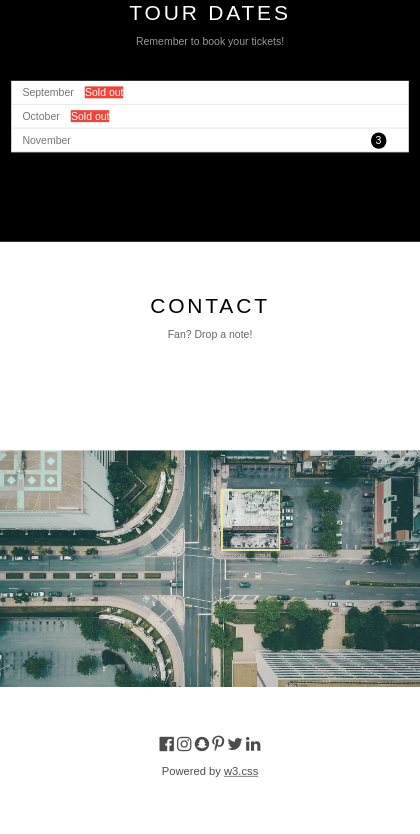
Repository: nguyenhoang2002062929/band
Page: index.html
An editor plug-in stored every save of this project. The page is shown before and after the next save, followed by the edit.
The browser window is 600 px wide. The pictures show the part of the page from y = 2138 to 4378 px (the page is 3330 px tall before and 5237 px after), at 70% of full size.

Above is the page before, as saved 2023-06-09 22:51:37.

### index.html
<!DOCTYPE html>
<html lang="en">
<head>
    <meta charset="UTF-8">
    <meta http-equiv="X-UA-Compatible" content="IE=edge">
    <meta name="viewport" content="width=device-width, initial-scale=1.0">
    <title>The Band</title>
    <link rel="stylesheet" href="assets/css/style.css">
    <link rel="stylesheet" href="https://cdnjs.cloudflare.com/ajax/libs/font-awesome/4.7.0/css/font-awesome.min.css">
</head>
<body>
    <div class="main">
        <div class="header">
              <!-- pc -->
            <ul class="nav">
                <li><a href="#">HOME</a></li>
                <li><a href="#band">BAND</a></li>
                <li><a href="#tour">TOUR</a></li>
                <li><a href="#contact">CONTACT</a></li>
                <li>
                    <a href="" >MORE <i class="fa fa-caret-down"></i></a>
                    <ul class="subnav">
                        <li><a href="">Merchandise</a></li>
                        <li><a href="">Extras</a></li>
                        <li><a href="">Media</a></li>
                    </ul>
                </li>
            </ul>
            <!-- mobile -->
            <div class="bars">
                <i class="fa fa-bars"></i>
            </div>

            <div class="search">
                <a href=""><i class="fa fa-search"></i></a>
            </div>
        </div>

        <div class="slider">
            <div class="text-content">
                <h2 class="text-heading">New York</h2>
                <p class="text-description">The atmosphere in New York is lorem ipsum.</p>
            </div>
        </div>

        <!-- content -->
        <div class="content">
            <!-- band -->
            <div id="band" class="about">
                <div class="content-section">
                    <h2 class="section-heading">THE BAND</h2>
                    <p class="section-sub-heading">We love music</p>
                    <p class="section-text">We have created a fictional band website. Lorem ipsum dolor sit amet, consectetur adipiscing elit, sed do eiusmod tempor incididunt ut labore et dolore magna aliqua. Ut enim ad minim veniam, quis nostrud exercitation ullamco laboris nisi ut aliquip ex ea commodo consequat. Duis aute irure dolor in reprehenderit in voluptate velit esse cillum dolore eu fugiat nulla pariatur. Excepteur sint occaecat cupidatat non proident, sunt in culpa qui officia deserunt mollit anim id est laborum consectetur adipiscing elit, sed do eiusmod tempor incididunt ut labore et dolore magna aliqua. Ut enim ad minim veniam, quis nostrud exercitation ullamco laboris nisi ut aliquip ex ea commodo consequat.</p>
                </div>
                <div class="content-member">
                    <div class="member">
                        <div class="member-text">
                            <p>Name</p>
                        </div>
                        <div class="member-img">
                            <img src="./assets/img/member/bandmember.jpg" alt="">
                        </div>
                    </div>
                    <div class="member">
                        <div class="member-text">
                            <p>Name</p>
                        </div>
                        <div class="member-img">
                            <img src="./assets/img/member/bandmember.jpg" alt="">
                        </div>
                    </div>
                    <div class="member">
                        <div class="member-text">
                            <p>Name</p>
                        </div>
                        <div class="member-img">
                            <img src="./assets/img/member/bandmember.jpg" alt="">
                        </div>
                    </div>
                </div>
            </div>

            <!-- tour -->
            <div id="tour" class="tour">
                <div class="tour-section">
                    <div class="content-section text-while ">
                        <h2 class="section-heading ">TOUR DATES</h2>
                        <p class="section-sub-heading">Remember to book your tickets!</p>
                    </div>
                    <br>

                    <ul class="tickets">
                        <li>September<span class="sold-out">Sold out</span></li>
                        <li>October<span class="sold-out">Sold out</span></li>
                        <li>November<span class="quantity">3</span></li>
                    </ul>

                    <div class="row tour-places ">
                        <div class="column places">
                            <img src="assets/img/places/newyork.jpg" alt="">
                            <div class="places-content">
                                <p class="name">New York</p>
                                <p class="date">Fri 27 Nov 2016</p>
                                <p class="describe">Praesent tincidunt sed tellus ut rutrum sed vitae justo.</p>
                                <button class="js-by-modal">Buy Tickets</button>
                            </div>

                        </div>
                        <div class="column places">
                            <img src="assets/img/places/paris.jpg" alt="">
                            <div class="places-content">
                                <p class="name">Paris</p>
                                <p class="date">Sat 28 Nov 2016</p>
                                <p class="describe">Praesent tincidunt sed tellus ut rutrum sed vitae justo.</p>
                                <button class="js-by-modal">Buy Tickets</button></div>

                        </div>
                        <div class=" column places">
                            <img src="assets/img/places/sanfran.jpg" alt="">
                            <div class="places-content">
                                <p class="name">San Francisco</p>
                                <p class="date">Sun 29 Nov 2016</p>
                                <p class="describe">Praesent tincidunt sed tellus ut rutrum sed vitae justo.</p>
                                <button class="js-by-modal">Buy Tickets</button>
                            </div>

                        </div>
                    </div>
                </div>

            </div>
            <!-- contact -->
            <div id="contact" class="about">
                <div class="content-section">
                    <h2 class="section-heading">CONTACT</h2>
                    <p class="section-sub-heading">Fan? Drop a note!</p>
                </div>
                <div class="row contact">
                    <div class="column column-half contact-left">
                        <p><i class="fa fa-map-marker contact-icon"></i>Chicago, US</p>
                        <p><i class="fa fa-phone contact-icon"></i>Phone: +00 151515</p>
                        <p><i class="fa fa-envelope contact-icon"></i>Email: mail@mail.com</p>
                    </div>
                    <div class="column column-half">
                        <form action="">
                            <div class="row">
                                <div class="column conlumn-half ">
                                    <input class="contact-right-inp" type="text" required placeholder="Name">
                                </div>
                                <div class="column conlumn-half ">
                                    <input class="contact-right-inp" type="email" required placeholder="Email">
                                </div>
                            </div>
                            <div class="row">
                                <div class="column colum-full mg-8">
                                    <input class="contact-right-inp" type="text" required placeholder="Message">
                                </div>
                            </div>
                            <button class="btn-send">SEND</button>
                        </form>
                    </div>
                </div>
            </div>
            <div class="map">
                <img src="assets/img/map.jpg" alt="map">
            </div>

        </div>

        <div class="footer">
            <div class="socials">
                <a href=""><i class="fa fa-facebook-official"></i></a>
                <a href=""><i class="fa fa-instagram"></i></a>
                <a href=""><i class="fa fa-snapchat"></i></a>
                <a href=""><i class="fa fa-pinterest-p"></i></a>
                <a href=""><i class="fa fa-twitter"></i></a>
                <a href=""><i class="fa fa-linkedin"></i></a>
            </div>
            <p class="copyright">Powered by <a href="">w3.css</a></p>
        </div>
    </div>
    <div class="modal js-modal">
        <div class="modal-content js-modal-content">
            <div class="modal-header">
                <span class="modal-close js-closeModal">x</span>
                <h2 ><i class="fa fa-suitcase w3-margin-right"></i> Tickets</h2>
            </div>
            <div class="modal-boby">
                <label for="many">
                    <i class="fa fa-shopping-cart"></i>
                    Tickets, $15 per person
                </label>
                <input id="many" type="text" placeholder="How many?" >
                <label for="modal-email">
                    <i class="fa fa-user"></i>
                    Send To
                </label>
                <input id="modal-email" type="text" placeholder="Enter email">
                <button class="pay">PAY <i class="fa fa-check"></i></button>
            </div>
            <div class="modal-footer">
                <p>Need <a href="">help?</a></p>
            </div>
        </div>
    </div>

    <script>
        const buyBtns = document.querySelectorAll('.js-by-modal')
        const modal = document.querySelector('.js-modal')
        const closeModal = document.querySelector('.js-closeModal')
        const modalContent = document.querySelector('.js-modal-content')


        function showBuyTickets (){
            modal.classList.add('open')
        }
        function hideBuyTickes(){
            modal.classList.remove('open')
        }

        for(const buyBtn of buyBtns){
            buyBtn.addEventListener('click', showBuyTickets)
        }

        closeModal.addEventListener('click', hideBuyTickes)

        modal.addEventListener('click',hideBuyTickes)

        modalContent.addEventListener('click', function(envent){
            envent.stopPropagation()
        })
    </script>
</body>
</html>

### assets/css/style.css
*{
    margin: 0;
    padding: 0;
    box-sizing: border-box;
}
html{
    font-family: Arial, Helvetica, sans-serif;
    scroll-behavior: smooth;
}
.text-while{
    color: #fff !important;
}
.mg-8{
    margin-top: 8px;
}
.row{
    display: flex;
    margin-left: -8px;
    margin-right: -8px;
}
/* .row::after{
    content: "";
    display: block;
    clear: both;
} */
.column{
    padding: 0 8px;
}
.colum-full{
    width: 100%;
}
.column-half{
    width: 50%;
}
.column-three{
    width: 33.3333%;
}
.header{
    z-index: 1;
    position: fixed;
    width: 100%;
    height: 46px;
    background-color: #000;
    top: 0;
    left: 0;
    right: 0;
}
.nav {
    display: inline-block;
   line-height: 46px;
}
.header .nav > li > a{
    text-decoration: none;
    padding: 0px 24px;
    color: #fff;
    font-size: 15px;
}
.header .nav > li{
    display: inline-block;
    position: relative;
}
.header .nav > li:hover > a{
    display: block;
    color: #000;
    background-color: #ccc;
}
.header .nav .subnav{
    position: absolute;
    display: none;
    background-color: #fff;
    box-shadow: 0 0 10px rgba(0, 0, 0, 0.3) ;
}
.subnav li{
      min-width: 160px;
      list-style-type: none;
}
.nav > li:hover > .subnav{
    display: block;
}
.subnav li:hover a{
    color: #000;
    background-color: #ccc;
}
.subnav a{
    display: block;
    text-decoration: none;
    color: #000;
    padding: 0px 24px;
}
.search{
float: right;
padding: 0 24px;
line-height: 46px;
cursor: pointer;
}
.search a{
    color: rgb(255, 255, 255);
    font-size: 15px;
}
.search:hover{
    color: rgb(255, 255, 255);
    background-color: #f44336!important;
}

.slider{
    width: 100%;
    position: relative;
    margin-top: 46px;
    padding-top: 50%;
    background: url('../img/slider/slider2.jpg') center top / cover no-repeat;
}
.slider .text-content{
    position: absolute;
    color: #ccc;
    bottom: 0;
    left: 50%;
    transform: translateX(-50%);
    text-align: center;
    padding: 32px 16px;
}
.text-content .text-heading{
    font-size: 24px;
    margin-top: 10px;
    font-weight: 200;
}
.text-content .text-description{
    font-size: 15px;
    margin: 15px 0;
}
.about{
    width: 768px;
   margin-right: auto;
    margin-left: auto;
    padding-bottom: 64px;
}
.content-section{
    text-align: center;
    padding-top: 64px;
    padding-bottom: 15px;
}
.content-section .section-heading{
    font-size: 30px;
    font-weight: 300;
    letter-spacing: 4px;
    margin: 10px;
}
.content-section .section-sub-heading{
    font-size: 15px;
    font-weight: initial;
    margin: 15px;
    opacity: 0.6;
}
.content-section .section-text{
    font-size: 15px;
    text-align: justify;
    line-height: 1.4;
}
.content-member{
    display: flex;
    text-align: center;
    align-items: center;
    padding: 32px 0;
}
.member-text{
    font-size: 15px;
    margin: 15px 0;
}
.member-img img{
    width: 153px;
    border-radius: 4px;
}
 .member{

    width: 33.333%;
}
.tour{
     background-color: #000;
}
.tour-section{
    width: 768px;
    margin-right: auto;
    margin-left: auto;
    padding-bottom: 64px;
}
.tickets{
    background-color: #fff;
}
.tickets li{
    border-bottom: 1px solid #ddd;
    padding: 8px 16px;
    font-size: 15px;
    color: rgb(117, 117, 117);
    list-style-type: none;
}
.tickets .sold-out{
    color: #fff;
    background-color: #f44336;
    margin: 16px;
    padding: opx 8px;
}
.tickets .quantity{
    float:right;
    height: 22.5px;
    width: 22.5px;
    margin-right: 16px;
    border-radius: 50%;
    background-color: #000;
    color: #fff;
    text-align: center;
    line-height: 22.5px;
    margin-top: -2px;
}
.tour-places{
    padding: 32px 0px;
}
.tour-places .places{
    width: 33.3333%;
}
.places .name{
    font-size: 15px;
}
.places img{
    width: 100%;
    display: block;
}
.places img:hover{
    opacity: 0.6;
}
.places-content{
    background-color: #fff;
    padding-left: 16px;
    font-size: 15px;
}
.places-content .name{
    padding-top: 15px;
    font-weight: 700;
}
.places-content .date{
    padding-top: 15px;
    opacity: 0.7;
}
.places-content .describe{
    margin: 15px 0;
    line-height: 1.4;
}
.places-content button{
    padding: 8px 16px;
    font-size: 15px;
    color: #fff;
    background-color: #000;
    border: none;
    margin-bottom:16px ;
}
.places-content button:hover{
    color: #000;
    background-color: #ccc;
}
.modal{
    position: fixed;
    display: none;
    background: rgba(0, 0, 0, 0.4);
    top: 0;
    left: 0;
    bottom: 0;
    right: 0;
    z-index: 2;
    align-items: center;
    justify-content: center;
}
.modal.open{
    display: flex;
}
.modal-content{
    position: absolute;
    width: 868px;
    max-width: calc(100% - 40px);
    min-height: 342px;
    background-color: #fff;
    animation: ModalFadeIn ease 0.5s;
}
.modal-header{
    width: 100%;
    padding: 32px 16px;
    background-color: rgb(0, 150, 136);
    color: #fff;
    text-align: center;
}
.modal-header h2{
    font-size: 30px;
    margin: 10px 0px;
    font-weight: 400;
    letter-spacing: 3px;
    margin-left: 16px;
}
.modal-header .modal-close{
    position: absolute;
    color: #fff;
    font-size: 24px;
    right: 0;
    top: 0;
    padding: 8px 16px;
}
.modal-header .modal-close:hover{
    color: #000;
    background-color: #ccc;
}
.modal-boby{
    padding: 0px 16px;

}
.modal label{
    display: block;
    margin: 15px 0px 8px;
    font-size: 15px;
}
.modal input{
    width: 100%;
    padding: 8px;
    border: 1px solid #ccc;
    display: block;
    font-size: 15px;
}
.modal button{
    display: block;
    width: 100%;
    padding: 16px;
    margin: 16px 0;
    border: none;
    background-color: rgb(0, 150, 136);
    color: #fff;
}
.modal button:hover{
    color: #000;
    background-color: #ccc;
}
.modal-footer p{
    float: right;
    margin: 15px 16px   ;
}
.modal-footer p a{
    color: rgb(33, 150, 243);
}
@keyframes ModalFadeIn{
    from{
        opacity: 0;
        transform: translateY(-200px);
    }
    to{
        opacity: 1;
        transform: translateY(0);
    }
}

/* contact */
.contact{
    padding: 32px 0px;

}
.contact-left{
    font-size: 18px;
    line-height: 1.5;
}
.contact-icon{
    display: block;
    width: 35px;
}
.contact-right-inp{
    padding: 10px;
    border: 1 solid #ccc;
    width: 100%;
    display: block;
}
.btn-send{
    float: right;
    padding: 10px 16px;
    border: none;
    background-color: #000;
    color: #fff;
    margin-top: 16px;
    cursor: pointer;
}
.btn-send:hover{
    color: #000;
    background-color: #ccc;
}
.map img{
    width: 100%;
    filter: grayscale(0.5);
}
.footer{
    padding: 64px 16px;
    text-align: center;
}
.footer .socials a{
    font-size: 24px;
    color: rgba(0, 0, 0, 0.7);
}
.footer .socials a:hover{
    color: rgba(0, 0, 0, 0.4);
}
.footer .copyright{
    margin: 16px 0;
    color: rgba(0, 0, 0, 0.7);
}
.footer .copyright a{
    color: rgba(0, 0, 0, 0.7);
}

/* respontsive */

.bars{
    position: absolute;
    color: #fff;
    right: 0px;
    top: 0px;
    font-size: 15px;
    padding: 12px 24px;
    display: none;
}

/* mobile */
@media screen and (max-width:739px) {
    .nav{
        display: none;
    }
    .search{
        display: none;
    }
    .bars{
        display: block;
    }
    .about{
        width: 100%;
    }
    .content-section{
        padding-left: 16px;
        padding-right: 16px;
    }
    .member{
        width: 60%;
    }
    .member-img img{
        width: 100%;
    }
    .tour-section{
        width: 100%;
        padding-left: 16px;
        padding-right: 16px;
    }
    .content-member{
        flex-direction: column;
    }
    .tour-places{
        flex-direction: column;
    }
    .places{
        width: 100% !important;
    }
    .row{
        display: flex;
        margin-left: 0px;
        margin-right: 0px;
    }
    .column{
        display: none;
    }

}
/* tatble */
@media screen and (min-width:740px) and (max-width:1023px) {

}

After the next save:
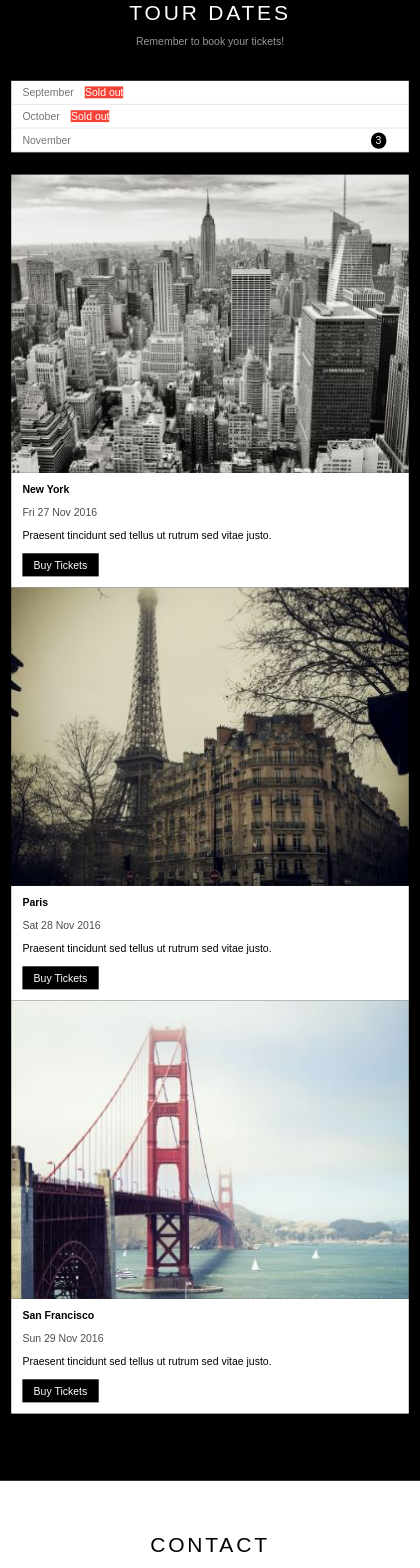
Saved 24 s later.
--- a/assets/css/style.css
+++ b/assets/css/style.css
@@ -462,7 +462,7 @@ cursor: pointer;
         margin-right: 0px;
     }
     .column{
-        display: none;
+        padding: 0 0px;
     }
 
 }
